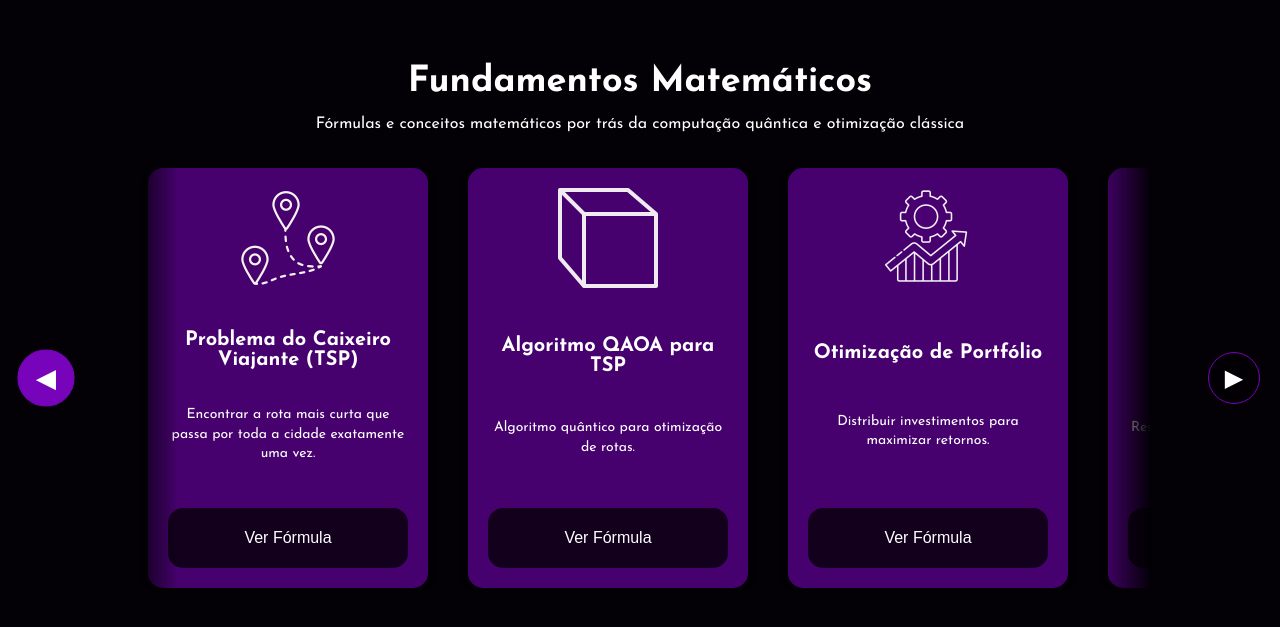
Repository: Everson9/Projeto-de-escalabilidade-quantica-definitivo
Page: fundamentos.html
The author's editor kept a copy of each file at every save. The page is drawn from the files as they stood at one save, then again after a run of saves.
The browser window is 1280 px wide. The pictures show the whole page.
The pointer rests on the first visible `.carousel-btn`.

Above is the page before, as saved 2025-10-01 10:24:06.
Not found: script.js

### fundamentos.html
<!DOCTYPE html>
<html lang="pt-br">
<head>
    <meta charset="UTF-8">
    <meta name="viewport" content="width=device-width, initial-scale=1.0">
    <title>Fundamentos Matemáticos</title>
    <link rel="stylesheet" href="fundamentos.css">
    <link href="https://fonts.googleapis.com/css2?family=Josefin+Sans:wght@400;700&display=swap" rel="stylesheet">
</head>
<body>

    <div class="fundamentos-matematicos">
        <h1>Fundamentos Matemáticos</h1>
        <p>Fórmulas e conceitos matemáticos por trás da computação quântica e otimização clássica</p>
    </div>

    <!-- Wrapper para o carrossel e as setas -->
    <div class="carousel-wrapper">
        <!-- Seta Esquerda -->
        <div id="prev-btn" class="carousel-btn">&#9664;</div>

        <!-- Container do Carrossel -->
        <div class="carousel-container">
            <div class="carousel-track">
                <!-- Cards Originais (Apenas os 4 originais são necessários, o JS cuidará da clonagem ) -->
                <div class="formula_1">
                    <img src="imgs_icones/CaixeiroViajante.png" alt="Ícone do Problema do Caixeiro Viajante">
                    <h4>Problema do Caixeiro Viajante (TSP)</h4>
                    <p>Encontrar a rota mais curta que passa por toda a cidade exatamente uma vez.</p>
                    <button class="button"><a href="caixeiroviajante.html">Ver Fórmula</a></button>
                </div>
                <div class="formula_1">
                    <img src="imgs_icones/QAOA.png" alt="Ícone do Algoritmo QAOA">
                    <h4>Algoritmo QAOA para TSP</h4>
                    <p>Algoritmo quântico para otimização de rotas.</p>
                    <button class="button"><a href="AlgoritmoQAOA.html">Ver Fórmula</a></button>
                </div>
                <div class="formula_1">
                    <img src="imgs_icones/OtimizacaoPortfolio.png" alt="Ícone de Otimização de Portfólio">
                    <h4>Otimização de Portfólio</h4>
                    <p>Distribuir investimentos para maximizar retornos.</p>
                    <button class="button"><a href="Portifolio.html">Ver Fórmula</a></button>
                </div>
                <div class="formula_1">
                    <img src="imgs_icones/ComplexidadeComputacional.png" alt="Ícone de Complexidade Computacional">
                    <h4>Complexidade Computacional</h4>
                    <p>Resolver problemas que crescem com muitos elementos.</p>
                    <button class="button"><a href="Complexidade.html">Ver Fórmula</a></button>
                </div>
            </div>
        </div>

        <!-- Seta Direita -->
        <div id="next-btn" class="carousel-btn">&#9654;</div>
    </div>

    <!-- NOVO: Container para os indicadores (pontos) -->
    <div class="carousel-indicators"></div>

    <!-- Adicionando o arquivo JavaScript -->
    <script src="script.js"></script>

</body>
</html>

### fundamentos.css
body {
    background-color: #030105;
    font-family: 'Josefin Sans', sans-serif;
    color: #fff;
    margin: 0;
    padding: 0;
    display: flex;
    flex-direction: column;
    align-items: center;
    justify-content: flex-start;
    text-decoration: none;
    overflow-x: hidden; /* Esconde a barra de rolagem horizontal */
}

.fundamentos-matematicos {
    text-align: center;
    color: white;
    margin-top: 40px;
    margin-bottom: 20px;
}

h1 {
    font-size: 36px;
    margin-bottom: 10px;
}

/* Estilos dos Cards */
.formula_1 {
    width: 240px;
    height: 380px;
    background-color: #7703BA96;
    border-radius: 15px;
    padding: 20px;
    display: flex;
    flex-direction: column;
    justify-content: space-between;
    box-shadow: 0 4px 8px rgba(0, 0, 0, 0.2);
    margin: 0 20px; /* Espaçamento entre os cards */
    flex-shrink: 0; /* Impede que os cards encolham */
}

.formula_1 h4 {
    font-size: 20px;
    margin-bottom: 10px;
    text-align: center;
}

.formula_1 img {
    width: 100px;
    height: 100px;
    margin: 0 auto;
}

.formula_1 p {
    text-align: center;
    font-size: 14px;
    line-height: 1.4;
    margin-top: 10px;
}

.button {
    background-color: #030105C2;
    border: none;
    padding: 10px;
    color: white;
    font-size: 16px;
    text-align: center;
    height: 60px;
    border-radius: 15px;
    cursor: pointer;
    text-decoration: none;
    margin-top: 15px;
    transition: background-color 0.3s;
}

.button a {
    text-decoration: none;
    color: white;
    display: block;
    line-height: 40px;     /* Centraliza o texto verticalmente dentro do botão (ajuste se a altura do botão mudar) */
}

.button:hover a{
    background-color: #ffffffc2;
    color: #030105;
}

/* --- Novas Classes para o Carrossel --- */

.carousel-wrapper {
    position: relative; /* Necessário para posicionar as setas */
    width: 100%;
    display: flex;
    align-items: center;
    justify-content: center;
}

.carousel-container {
    width: 80%; /* Ajuste a largura conforme necessário */
    overflow: hidden;
    -webkit-mask-image: linear-gradient(to right, transparent, black 5%, black 95%, transparent);
    mask-image: linear-gradient(to right, transparent, black 5%, black 95%, transparent);
}

.carousel-track {
    display: flex;
    /* Removemos a animação automática */
    transition: transform 0.5s ease-in-out; /* Adiciona uma transição suave */
}

.carousel-btn {
    position: absolute;
    top: 50%;
    transform: translateY(-50%) rotate(0deg);;
    background-color: rgba(3, 1, 5, 0.8);
    color: white;
    border: 1px solid #7703BA;
    border-radius: 50%;
    width: 50px;
    height: 50px;
    display: flex;
    align-items: center;
    justify-content: center;
    font-size: 24px;
    cursor: pointer;
    z-index: 10;
    transition: background-color 0.3s, transform 0.2s;
}

.carousel-btn:hover {
    background-color: #7703BA;
    transform: translateY(-50%) scale(1.1);
}

#prev-btn {
    left: 20px; /* Posição da seta esquerda */
}

#next-btn {
    right: 20px; /* Posição da seta direita */
}

/* --- Estilos para os Indicadores (Pontos) --- */
.carousel-indicators {
    display: flex;
    justify-content: center;
    margin-top: 20px;
}

.indicator-dot {
    width: 12px;
    height: 12px;
    border-radius: 50%;
    background-color: #777;
    margin: 0 5px;
    cursor: pointer;
    transition: background-color 0.3s ease;
}

.indicator-dot.active {
    background-color: #7703BA; /* Cor roxa para o ponto ativo */
}

/* --- Ajuste para a funcionalidade de arrastar --- */
.carousel-track.grabbing {
    cursor: grabbing; /* Muda o cursor enquanto o usuário arrasta */
}

.carousel-track.grabbing .formula_1 {
    pointer-events: none; /* Impede que links/botões sejam clicados durante o arrasto */
}

/* --- Media Query para Responsividade --- */
@media (max-width: 768px) {
    .carousel-container {
        width: 90%; /* Ocupa mais espaço em telas menores */
    }

    .carousel-btn {
        width: 40px;
        height: 40px;
        font-size: 20px;
    }

    #prev-btn {
        left: 5px; /* Aproxima as setas das bordas */
    }

    #next-btn {
        right: 5px;
    }

    .formula_1 {
        /* Opcional: reduzir um pouco o tamanho dos cards em telas muito pequenas */
        width: 220px;
        height: 360px;
    }
}

After the next 3 saves:
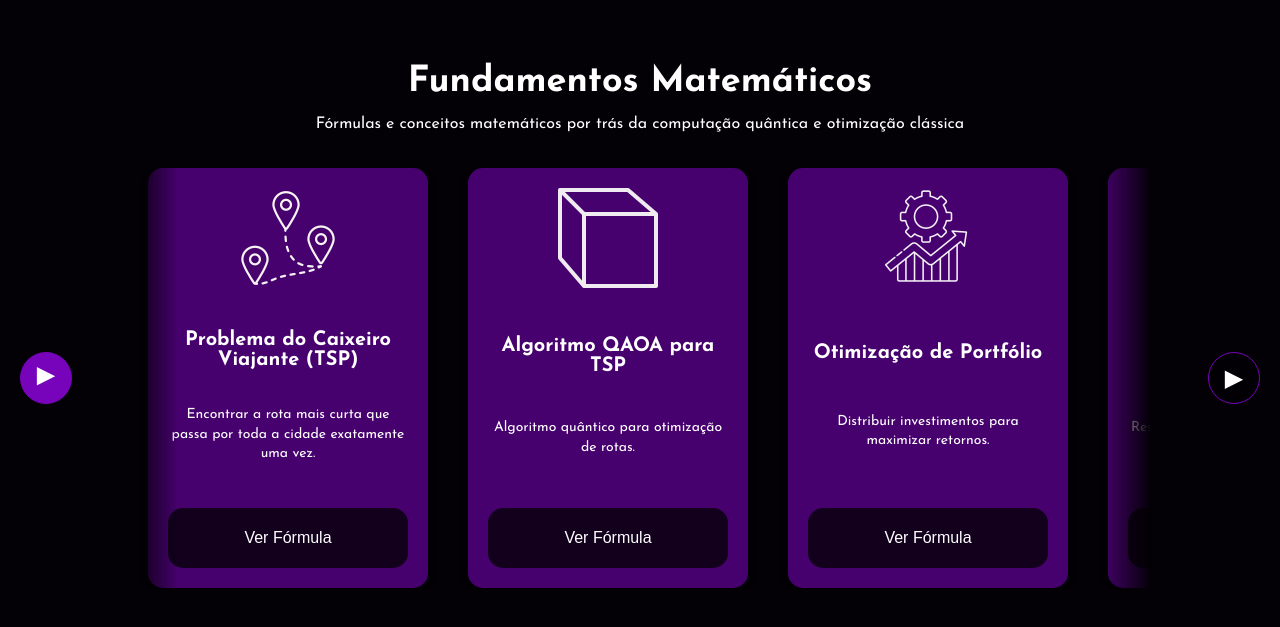
The 3 saves are shown as one change because they came seconds apart.
The last was saved 33 s later.
--- a/fundamentos.css
+++ b/fundamentos.css
@@ -129,7 +129,7 @@
 
 .carousel-btn:hover {
     background-color: #7703BA;
-    transform: translateY(-50%) scale(1.1);
+    transform: translateY(-50%) rotate(180deg);
 }
 
 #prev-btn {
